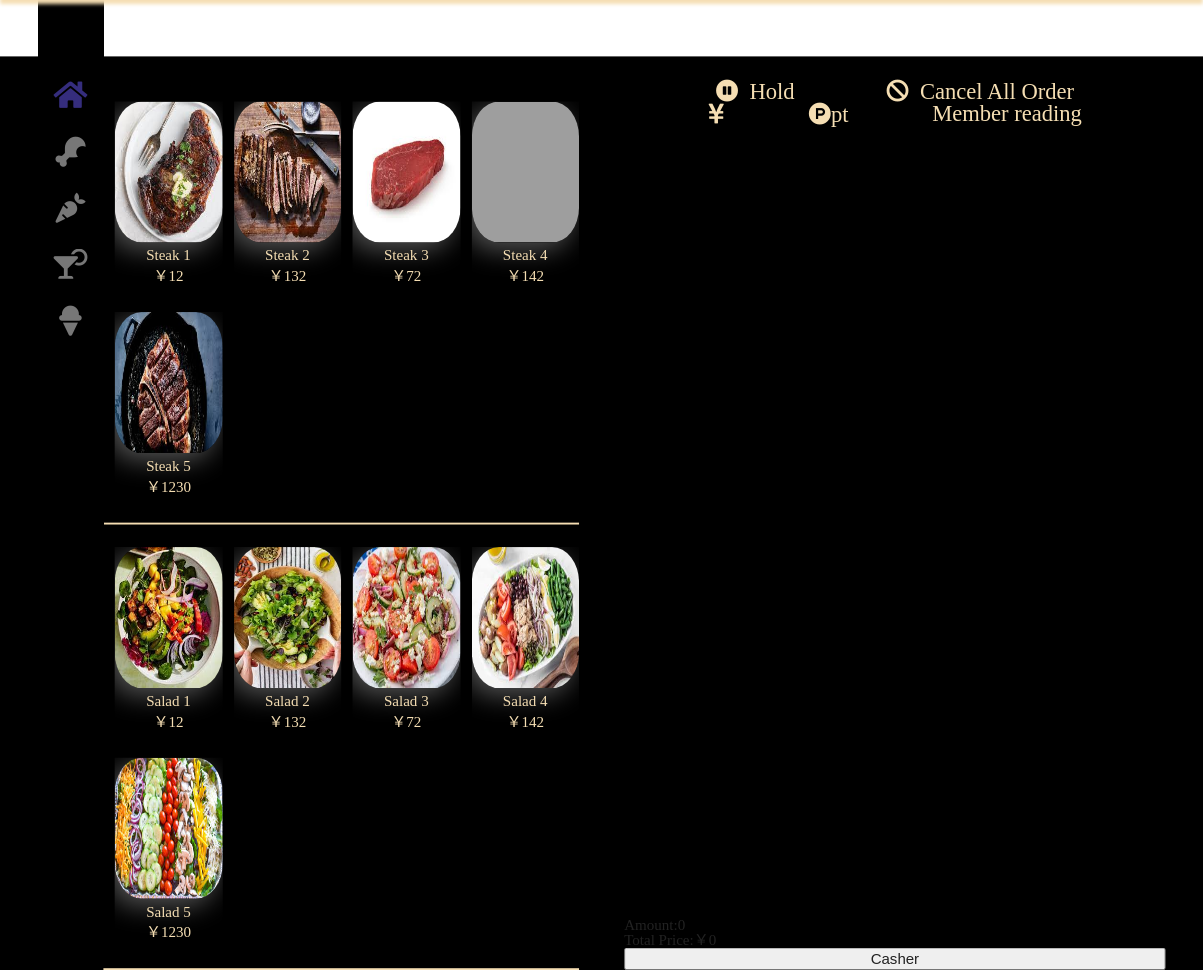
Repository: vuhungson158/Menu
Page: /
An editor plug-in stored every save of this project. The page is shown before and after the next save, followed by the edit.
The browser window is 1280 px wide. The pictures show the whole page, at 94% of full size.
Pictures or frames that could not be fetched are drawn as grey boxes. The project was rebuilt for these pictures with package versions that can differ from the ones it lists, and the page was loaded fresh each time. Also part of the build but not shown: src/component/mainMenu/orderBlock/orderContent/OrderedItem.jsx, src/redux-store/actions/HoldActions.jsx, src/component/mainMenu/orderBlock/utilities/HoldItem.jsx.

Above is the page before, as saved 2021-08-22 10:18:30.

After the next save:
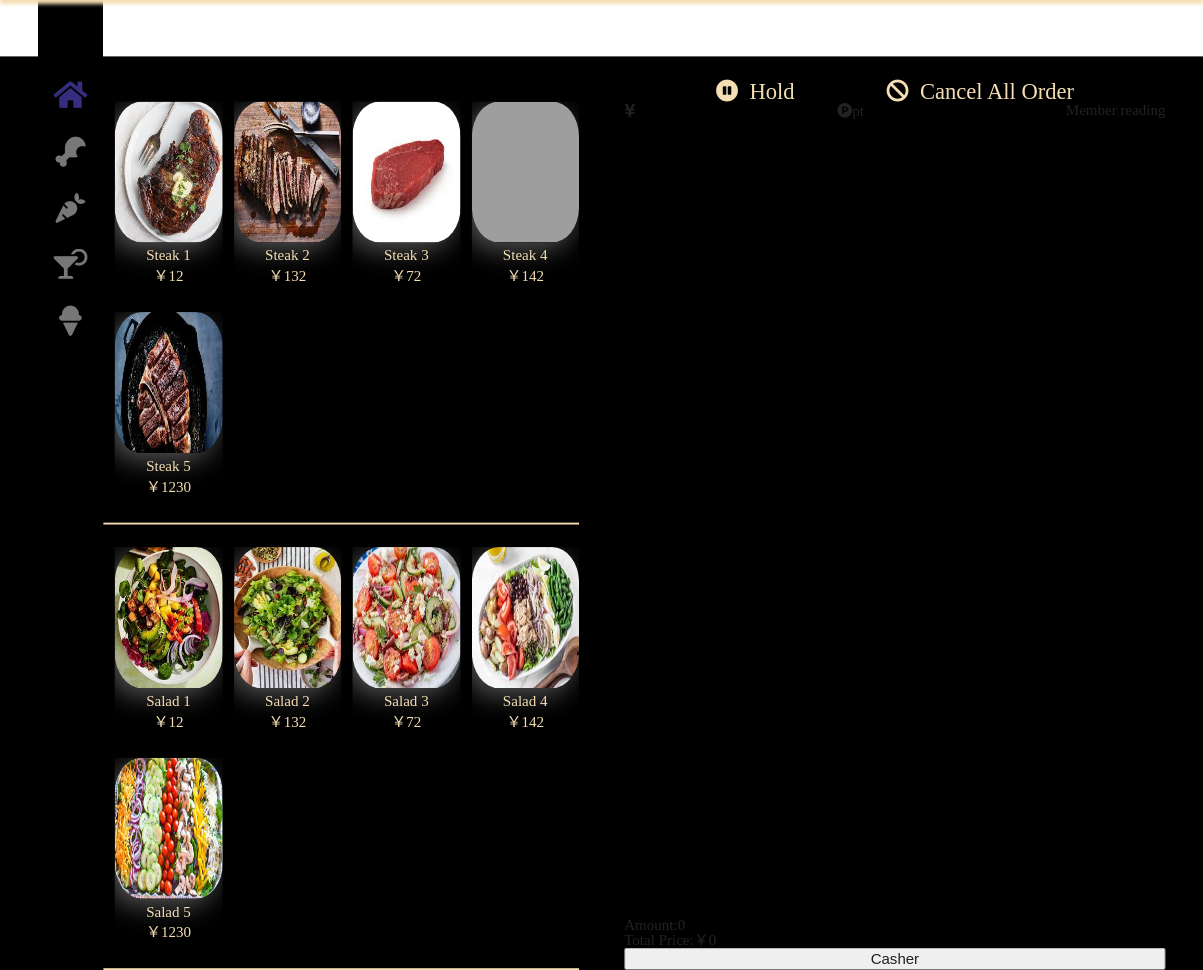
Saved 43 s later.
--- a/src/styles/App.scss
+++ b/src/styles/App.scss
@@ -259,8 +259,7 @@ body {
             #order-block {
                 display: flex;
                 flex-direction: column;
-                #utilities,
-                #member-info {
+                #utilities {
                     position: relative;
                     display: flex;
                     color: $color_1st;
@@ -312,6 +311,10 @@ body {
                         }
                     }
                 }
+                #member-info{
+                    display: flex;
+                    justify-content: space-between;
+                }
                 #order-list {
                     flex-grow: 1;
                 }
